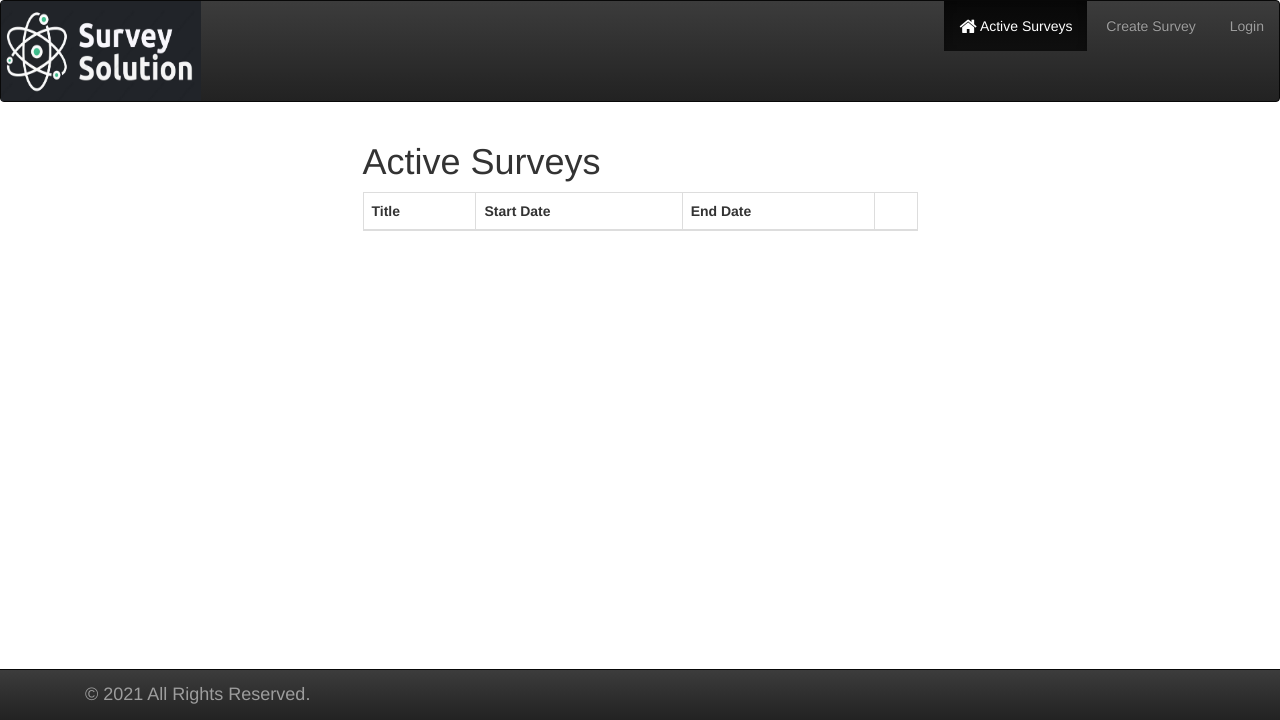
Repository: Ann8002/COMP229-Resultpage
Page: http://localhost/
The author's editor kept a copy of each file at every save. The page is drawn from the files as they stood at one save, then again after the next save.
The browser window is 1280 px wide. The pictures show the whole page.
The page is served by the project's Node server (server.js). Other server files are loaded and not shown. Style sheets and scripts are compiled from the project's sources, by tool versions that may differ from the author's. Queries for data that is not in the repository find no rows.

Above is the page before, as saved 2021-11-24 17:11:43.

### SurveySolutionBackup-main/server/views/content/index.ejs
<%- include('../partials/header.ejs'); %>

    <!-- MAIN CONTENT -->


    <div class="container">
      <div class="row">
        <div class="col-md-offset-3 col-md-6">
          <h1><%= title %></h1>


        <div class="table-responsive">
            <table class="table table-bordered table-striped table-hover">
              <thead>
                <tr>
                  <th>Title</th>
                  <th>Start Date</th>
                  <th>End Date</th>
                  <th class="text-center"></th>
                </tr>
                </thead>
                <tbody>

                <% for (let count = 0; count < survey.length; count++) { %>
                <tr>
                  <td><%= survey[count].title %></td>
                  <td><%= survey[count].startDate %></td>
                  <td><%= survey[count].endDate %></td>

                  <td class="text-center">
                    <a href="/survey/view/<%=survey[count]._id %>" class="btn btn-primary">
                    <i class="fas fa-view-alt"></i>Answer Survey</a>
                  </td>

                  </td>
                </tr>
                <% } %>
              </tbody>
            </table>
          </div>

          </div>


      </div>
    </div>

<%- include('../partials/footer.ejs'); %>

### SurveySolutionBackup-main/server/views/partials/header.ejs
<!DOCTYPE html>
<html lang="en">
  <head>
    <meta charset="utf-8">
    <meta name="viewport" content="width=device-width, initial-scale=1">

    <title><%= title %></title>
    <!-- CSS SECTION -->
    <link rel="stylesheet" href="/Scripts/lib/bootstrap/dist/css/bootstrap.min.css">
    <link rel="stylesheet" href="/Scripts/lib/bootstrap/dist/css/bootstrap-theme.min.css">
    <link rel="stylesheet" href="/Scripts/lib/fontawesome/css/font-awesome.min.css">


  </head>
  <body>

  <nav class="navbar navbar-inverse" role="navigation">
    <!-- Brand and toggle get grouped for better mobile display -->
    <div class="navbar-header">
      <button type="button" class="navbar-toggle" data-toggle="collapse" data-target=".navbar-ex1-collapse">
        <span class="sr-only">Toggle navigation</span>
        <span class="icon-bar"></span>
        <span class="icon-bar"></span>
        <span class="icon-bar"></span>
      </button>
      <img src="/Assets/images/customlogo.jpg" width="200" height="100"><!--- fixing photos----->
    </div>

    <!-- Collect the nav links, forms, and other content for toggling -->
    <div class="collapse navbar-collapse navbar-ex1-collapse">
      <ul class="nav navbar-nav navbar-right">
        <% if(title == "Active Surveys") { %>
          <li class="active"><a href="/"><i class="fa fa-home fa-lg"></i> Active Surveys </a></li>
        <% } else { %>
          <li><a href="/"><i class="fa fa-home fa-lg"></i> Active Surveys </a></li>
        <% } %>

          <% if(title == "Survey") { %>
          <li class="active"><a href="/survey"><i class="fa fa-survey fa-lg">
          </i> Create Survey </a></li>
          <% } else { %>
            <li><a href="/survey"><i class="fa fa-survey fa-lg">
            </i> Create Survey </a></li>
          <% } %>

          <% if(title == "Login") { %>
          <li class="active"><a href="/login"><i class="fa fa-survey fa-lg">
          </i> Login</a></li>
          <% } else { %>
            <li><a href="/login"><i class="fa fa-survey fa-lg">
            </i> Login</a></li>
          <% } %>

      </ul>
    </div><!-- /.navbar-collapse -->
  </nav>

### SurveySolutionBackup-main/server/views/partials/footer.ejs

<nav class="navbar navbar-inverse navbar-fixed-bottom">
  <div class="container">
    <h4  class="navbar-text">&copy; 2021 All Rights Reserved.</h4>
  </div>
</nav>



<!-- JAVASCRIPT SECTION -->
    <script src="/Scripts/lib/jquery/dist/jquery.min.js"></script>
    <script src="/Scripts/lib/bootstrap/dist/js/bootstrap.min.js"></script>
    <script src="/Scripts/app.js"></script>
  </body>
</html>

### SurveySolutionBackup-main/server.js
let app = require('./server/config/app');
let debug = require('debug')('comp308-w2019-midterm:server');
let http = require('http');

/**
 * Get port from environment and store in Express.
 */

let port = normalizePort(process.env.PORT || '3000');
app.set('port', port);

/**
 * Create HTTP server.
 */

let server = http.createServer(app);

/**
 * Listen on provided port, on all network interfaces.
 */

server.listen(port);
server.on('error', onError);
server.on('listening', onListening);

/**
 * Normalize a port into a number, string, or false.
 */

function normalizePort(val) {
  let port = parseInt(val, 10);

  if (isNaN(port)) {
    // named pipe
    return val;
  }

  if (port >= 0) {
    // port number
    return port;
  }

  return false;
}

/**
 * Event listener for HTTP server "error" event.
 */

function onError(error) {
  if (error.syscall !== 'listen') {
    throw error;
  }

  let bind = typeof port === 'string'
    ? 'Pipe ' + port
    : 'Port ' + port;

  // handle specific listen errors with friendly messages
  switch (error.code) {
    case 'EACCES':
      console.error(bind + ' requires elevated privileges');
      process.exit(1);
      break;
    case 'EADDRINUSE':
      console.error(bind + ' is already in use');
      process.exit(1);
      break;
    default:
      throw error;
  }
}

/**
 * Event listener for HTTP server "listening" event.
 */

function onListening() {
  let addr = server.address();
  let bind = typeof addr === 'string'
    ? 'pipe ' + addr
    : 'port ' + addr.port;
  debug('Listening on ' + bind);
}

### SurveySolutionBackup-main/server/routes/index.js
// Author: Survey Solutions
// Course: COMP 229 Fall 2021
// Subject: PRoject
//


// modules required for routing
let express = require('express');
let router = express.Router();
let mongoose = require('mongoose');

// define the game model
let survey = require('../models/survey');

/* GET home page. wildcard
router.get('/', (req, res, next) => {
  res.render('content/index', {
    title: 'Home',
    survey: 'survey',

   });
});
*/
router.get('/', (req, res, next) => {
  // find all survey in the survey collection
   survey.find( (err, survey) => {
    if (err) {
      return console.error(err);
    }
    else {
      res.render('content/index', {title: 'Active Surveys', survey: survey });
    }
  });

});

//

/* GET Login page. */
router.get('/login', function(req, res, next) {
  res.render('survey/login', { title: 'Login'});
});

/* POST Login page. */
router.post('/login', function(req, res, next) {
  res.render('survey/login', { title: 'Login'});
});

/* GET display register page */
router.get('/register', function(req, res, next) {
  res.render('survey/register', { title: 'Register'});
});

/* POST process register page */
router.post('/register', function(req, res, next) {
  res.render('survey/register', { title: 'Register'});
});

module.exports = router;

### SurveySolutionBackup-main/client/Scripts/app.js
// Author: Survey Solutions
// Course: COMP 229 Fall 2021
// Subject: PRoject
//



/* pagination code from http://www.bootply.com/lxa0FF9yhw */
$.fn.pageMe = function(opts){
    var $this = this,
        defaults = {
            perPage: 7,
            showPrevNext: false,
            hidePageNumbers: false
        },
        settings = $.extend(defaults, opts);

    var listElement = $this;
    var perPage = settings.perPage;
    var children = listElement.children();
    var pager = $('.pager');

    if (typeof settings.childSelector!="undefined") {
        children = listElement.find(settings.childSelector);
    }

    if (typeof settings.pagerSelector!="undefined") {
        pager = $(settings.pagerSelector);
    }

    var numItems = children.size();
    var numPages = Math.ceil(numItems/perPage);

    pager.data("curr",0);

    if (settings.showPrevNext){
        $('<li><a href="#" class="prev_link">«</a></li>').appendTo(pager);
    }

    var curr = 0;
    while(numPages > curr && (settings.hidePageNumbers==false)){
        $('<li><a href="#" class="page_link">'+(curr+1)+'</a></li>').appendTo(pager);
        curr++;
    }

    if (settings.showPrevNext){
        $('<li><a href="#" class="next_link">»</a></li>').appendTo(pager);
    }

    pager.find('.page_link:first').addClass('active');
    pager.find('.prev_link').hide();
    if (numPages<=1) {
        pager.find('.next_link').hide();
    }
  	pager.children().eq(1).addClass("active");

    children.hide();
    children.slice(0, perPage).show();

    pager.find('li .page_link').click(function(){
        var clickedPage = $(this).html().valueOf()-1;
        goTo(clickedPage,perPage);
        return false;
    });
    pager.find('li .prev_link').click(function(){
        previous();
        return false;
    });
    pager.find('li .next_link').click(function(){
        next();
        return false;
    });

    function previous(){
        var goToPage = parseInt(pager.data("curr")) - 1;
        goTo(goToPage);
    }

    function next(){
        goToPage = parseInt(pager.data("curr")) + 1;
        goTo(goToPage);
    }

    function goTo(page){
        var startAt = page * perPage,
            endOn = startAt + perPage;

        children.css('display','none').slice(startAt, endOn).show();

        if (page>=1) {
            pager.find('.prev_link').show();
        }
        else {
            pager.find('.prev_link').hide();
        }

        if (page<(numPages-1)) {
            pager.find('.next_link').show();
        }
        else {
            pager.find('.next_link').hide();
        }

        pager.data("curr",page);
      	pager.children().removeClass("active");
        pager.children().eq(page+1).addClass("active");

    }
};

// IIFE
(function(){
  $(".btn-danger").click(function(event){
    if(!confirm("Are you sure?")) {
      event.preventDefault();
      window.location.assign("/survey");
    }
  });

 /* pagination code */
  $('#myTable').pageMe(
    {pagerSelector:'#myPager',showPrevNext:true,hidePageNumbers:false,perPage:6}
    );
})();

Loaded but not shown: SurveySolutionBackup-main/client/Scripts/lib/bootstrap/dist/css/bootstrap.min.css (library); SurveySolutionBackup-main/client/Scripts/lib/bootstrap/dist/css/bootstrap-theme.min.css (library); SurveySolutionBackup-main/client/Scripts/lib/jquery/dist/jquery.min.js (library); SurveySolutionBackup-main/client/Scripts/lib/bootstrap/dist/js/bootstrap.min.js (library); SurveySolutionBackup-main/client/Scripts/lib/font-awesome/scss/font-awesome.scss (common file); SurveySolutionBackup-main/client/Scripts/lib/font-awesome/scss/_variables.scss (common file); SurveySolutionBackup-main/client/Scripts/lib/font-awesome/scss/_mixins.scss (common file); SurveySolutionBackup-main/client/Scripts/lib/font-awesome/scss/_path.scss (common file); SurveySolutionBackup-main/client/Scripts/lib/font-awesome/scss/_core.scss (common file); SurveySolutionBackup-main/client/Scripts/lib/font-awesome/scss/_larger.scss (common file); SurveySolutionBackup-main/client/Scripts/lib/font-awesome/scss/_fixed-width.scss (common file); SurveySolutionBackup-main/client/Scripts/lib/font-awesome/scss/_list.scss (common file); SurveySolutionBackup-main/client/Scripts/lib/font-awesome/scss/_bordered-pulled.scss (common file); SurveySolutionBackup-main/client/Scripts/lib/font-awesome/scss/_animated.scss (common file); SurveySolutionBackup-main/client/Scripts/lib/font-awesome/scss/_rotated-flipped.scss (common file); SurveySolutionBackup-main/client/Scripts/lib/font-awesome/scss/_stacked.scss (common file); SurveySolutionBackup-main/client/Scripts/lib/font-awesome/scss/_icons.scss (common file); SurveySolutionBackup-main/client/Scripts/lib/font-awesome/scss/_screen-reader.scss (common file); SurveySolutionBackup-main/client/Scripts/lib/font-awesome/css/font-awesome.min.css (library)

After the next save:
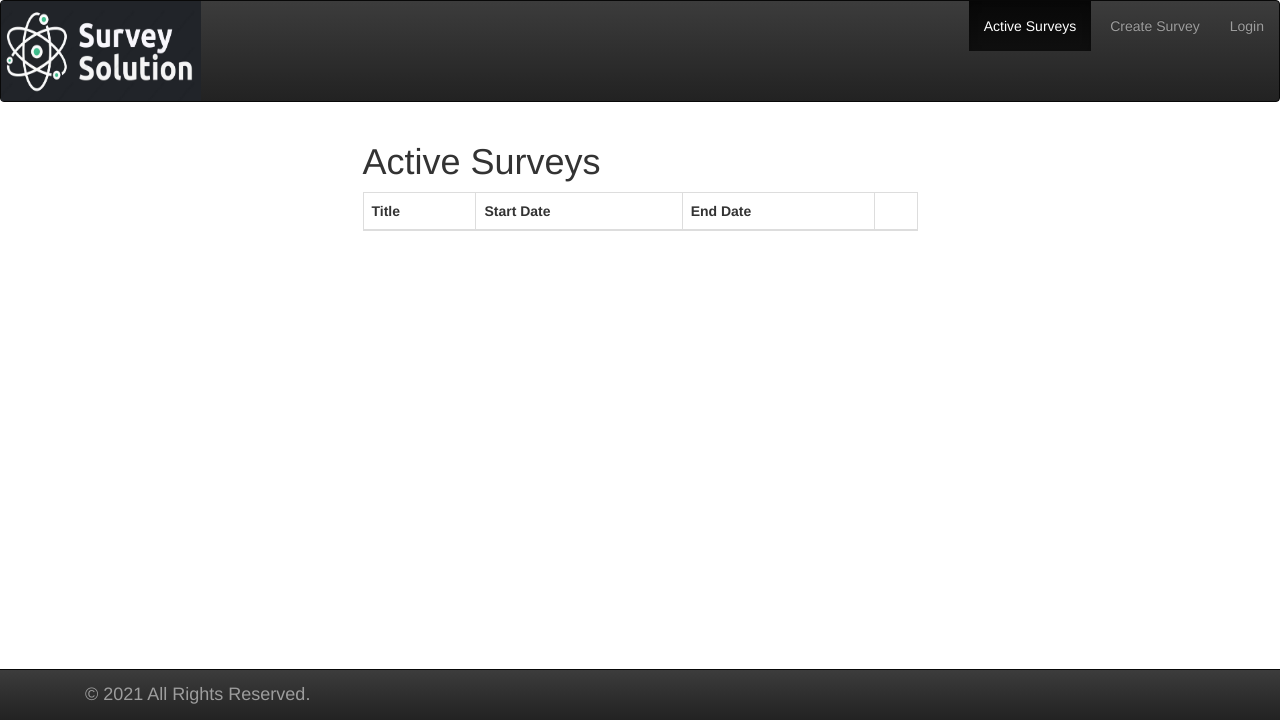
Saved 28 min 31 s later.
--- a/SurveySolutionBackup-main/server/views/partials/header.ejs
+++ b/SurveySolutionBackup-main/server/views/partials/header.ejs
@@ -8,7 +8,7 @@
     <!-- CSS SECTION -->
     <link rel="stylesheet" href="/Scripts/lib/bootstrap/dist/css/bootstrap.min.css">
     <link rel="stylesheet" href="/Scripts/lib/bootstrap/dist/css/bootstrap-theme.min.css">
-    <link rel="stylesheet" href="/Scripts/lib/fontawesome/css/font-awesome.min.css">
+    <link rel="stylesheet" href="/Scripts/lib/font-awesome/css/font-awesome.min.css">
 
 
   </head>
@@ -30,27 +30,27 @@
     <div class="collapse navbar-collapse navbar-ex1-collapse">
       <ul class="nav navbar-nav navbar-right">
         <% if(title == "Active Surveys") { %>
-          <li class="active"><a href="/"><i class="fa fa-home fa-lg"></i> Active Surveys </a></li>
+          <li class="active"><a href="/"> Active Surveys </a></li>
         <% } else { %>
-          <li><a href="/"><i class="fa fa-home fa-lg"></i> Active Surveys </a></li>
+          <li><a href="/"> Active Surveys </a></li>
         <% } %>
 
-          <% if(title == "Survey") { %>
-          <li class="active"><a href="/survey"><i class="fa fa-survey fa-lg">
+        <% if(title == "Survey") { %>
+        <li class="active"><a href="/survey"><i class="fa fa-survey fa-lg">
+        </i> Create Survey </a></li>
+        <% } else { %>
+          <li><a href="/survey"><i class="fa fa-survey fa-lg">
           </i> Create Survey </a></li>
-          <% } else { %>
-            <li><a href="/survey"><i class="fa fa-survey fa-lg">
-            </i> Create Survey </a></li>
-          <% } %>
+        <% } %>
 
-          <% if(title == "Login") { %>
-          <li class="active"><a href="/login"><i class="fa fa-survey fa-lg">
-          </i> Login</a></li>
-          <% } else { %>
-            <li><a href="/login"><i class="fa fa-survey fa-lg">
-            </i> Login</a></li>
-          <% } %>
-
+      <% if(typeof displayName == 'string' && displayName) { %>
+          <li class="navbar-text"><i class="fas fa-lg fa-user"></i> Welcome, <%= displayName %></li>
+          <li class="nav-item"><a href="/logout" class="nav-link">
+            <i class="fas fa-lg fa-sign-out-alt"></i> Logout</a></li>
+        <% } else { %>
+          <li class="nav-item"><a href="/login" class="nav-link">
+            <i class="fas fa-lg fa-sign-in-alt"></i> Login</a></li>
+        <% } %>
       </ul>
     </div><!-- /.navbar-collapse -->
   </nav>
